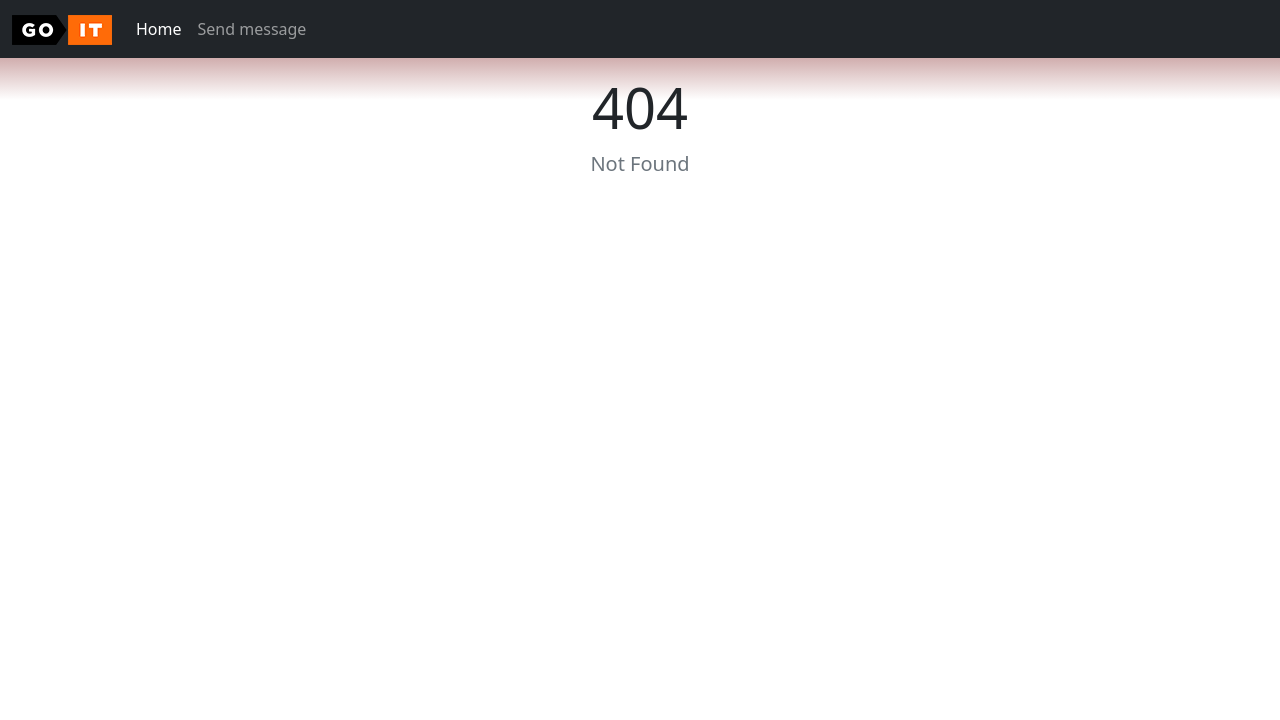
Repository: Nton118/HW_4
Page: error.html
An editor plug-in stored every save of this project. The page is shown before and after the next save, followed by the edit.
The browser window is 1280 px wide. The pictures show the whole page.

Above is the page before, as saved 2023-06-03 15:00:39.

After the next save:
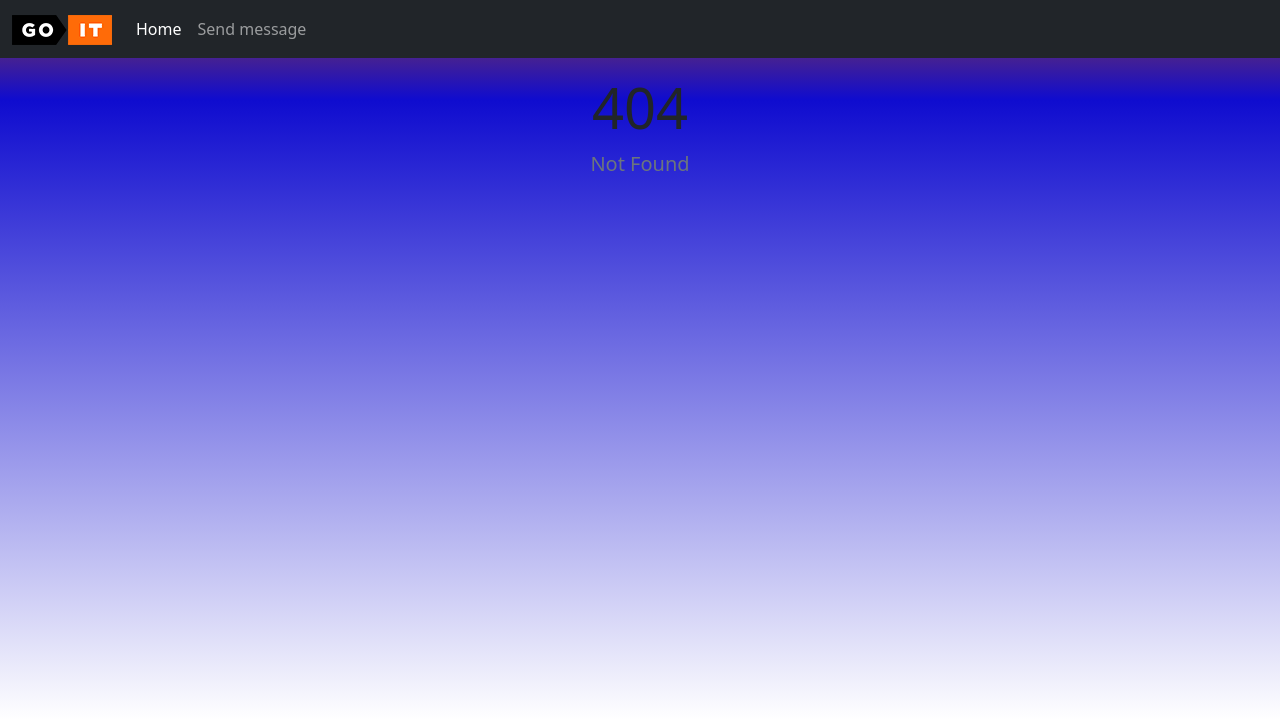
Saved 5 s later.
--- a/style.css
+++ b/style.css
@@ -6,7 +6,7 @@ html {
 
 body {
   flex: 1;
-  background-image: linear-gradient(180deg, #903d3d, #fff 100px, #fff);
+  background-image: linear-gradient(180deg, #903d3d, #0f0ccf 100px, #fff);
 }
 
 .container {
